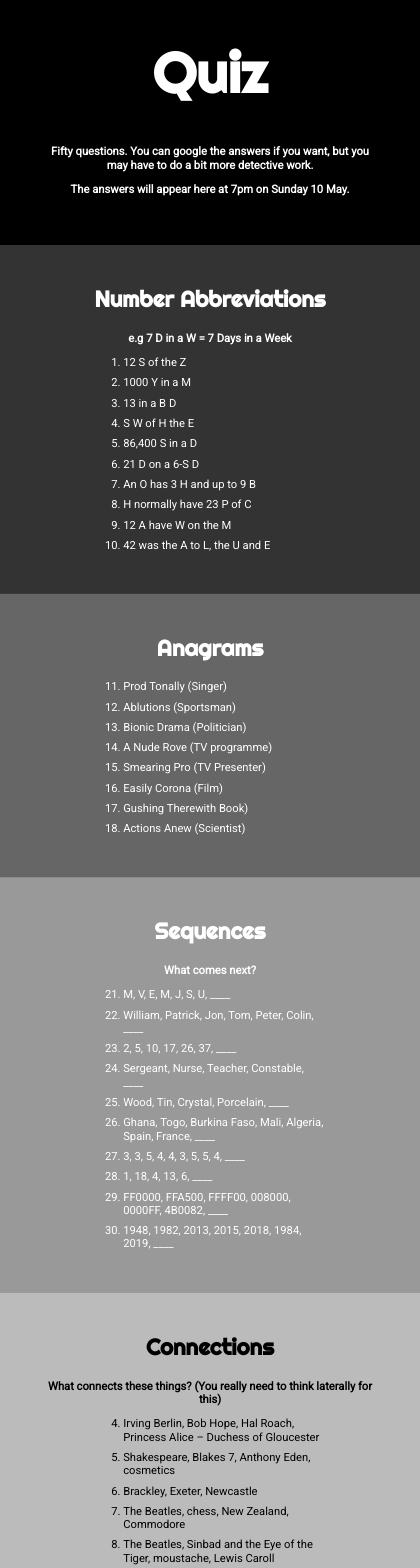
Repository: Domehead123/quiz
Page: index.html
The author's editor kept a record of every edit. The page is drawn from the files as they stood at one moment, then again after the next edit.
The browser window is 600 px wide. The pictures show the part of the page from y = 0 to 2240 px (the page is 4054 px tall before and 8565 px after), at 70% of full size.

Above is the page before.

### index.html
<!DOCTYPE html>
<html lang="en">
<head>
    <meta charset="UTF-8">
    <meta name="viewport" content="width=device-width, initial-scale=1.0">
    <meta http-equiv="X-UA-Compatible" content="ie=edge">
    <link href="https://fonts.googleapis.com/css2?family=Righteous&family=Roboto&display=swap" rel="stylesheet">
    <link rel="stylesheet" href="style.css" type="text/css" />
    <title>Quiz</title>
</head>
<body>

<div class="container">
    <h1>Quiz</h1>
    <p>Fifty questions. You can google the answers if you want, but you may have to do a bit more detective work.</p>
    <p>The answers will appear here at 7pm on Sunday 10 May.</p>
    </div>

    <div class="section one">
        <div class="container">
        <h2>Number Abbreviations</h2>


        <p>e.g 7 D in a W = 7 Days in a Week</p>
        <ol>
        <li>12 S of the Z</li>
<li>1000 Y in a M</li>
<li>13 in a B D</li>
<li>S W of H the E</li>
<li>86,400 S in a D</li>
<li>21 D on a 6-S D</li>
<li>An O has 3 H and up to 9 B</li>
<li>H normally have 23 P of C</li>
<li>12 A have W on the M</li>
<li>42 was the A to L, the U and E</li>
</ol>
        </div>
    </div>

        <div class="section two">
        <div class="container">
        <h2>Anagrams</h2>



        <ol start="11">
        <li>Prod Tonally (Singer)</li>
<li>Ablutions (Sportsman)</li>
<li>Bionic Drama (Politician)</li>
<li>A Nude Rove (TV programme)</li>
<li>Smearing Pro (TV Presenter)</li>
<li>Easily Corona (Film)</li>
<li>Gushing Therewith Book)</li>
<li>Actions Anew (Scientist)</li>

</ol>
        </div>
    </div>


        <div class="section three">
        <div class="container">
              <h2>Sequences</h2>
   <p>What comes next?</p>
        <ol start="21">
        <li>M, V, E, M, J, S, U, ____</li>
 <li>William, Patrick, Jon, Tom, Peter, Colin, ____</li>
 <li>2, 5, 10, 17, 26, 37, ____</li>
 <li>Sergeant, Nurse, Teacher, Constable, ____</li>
 <li>Wood, Tin, Crystal, Porcelain, ____</li>
 <li>Ghana, Togo, Burkina Faso, Mali, Algeria, Spain, France, ____</li>
 <li>3, 3, 5, 4, 4, 3, 5, 5, 4, ____</li>
 <li>1, 18, 4, 13, 6, ____</li>
 <li>FF0000, FFA500, FFFF00, 008000, 0000FF, 4B0082, ____</li>
 <li>1948, 1982, 2013, 2015, 2018, 1984, 2019, ____</li>

</ol>
        </div>
    </div>


        <div class="section four">
        <div class="container">
        <h2>Connections</h2>


        <p>What connects these things? (You really need to think laterally for this)</p>
        <ol start="4">
        <li>Irving Berlin, Bob Hope, Hal Roach, Princess Alice – Duchess of Gloucester</li>
<li>Shakespeare, Blakes 7, Anthony Eden, cosmetics</li>
<li>Brackley, Exeter, Newcastle</li>
<li>The Beatles, chess, New Zealand, Commodore</li>
<li>The Beatles, Sinbad and the Eye of the Tiger, moustache, Lewis Caroll</li>
<li>Argentine, pager, wiki, onager</li>
<li>Laurel and Hardy, Big Brother, Dracula, the Hound of the Baskervilles, Cybernauts, Daleks, Death Star</li>
<li>A berkshire boar, a 1960s TV spy, cognac, a card game</li>
<li>Holly Golightly, FDR, Jim Carrey, Grace Adler</li>
<li>Bombing of Hiroshima, a Serbian-American inventor, Louise Brooks, La Pucelle d'Orléans</li>
</ol>
        </div>
    </div>

        <div class="section five">
        <div class="container">
        <h2>Pictures</h2>


        <p>Who are they?</p>

<div class="image">
    <img src="images/1.jpg">
    <p>41</p>
</div>
<div class="image">
    <img src="images/2.jpg">
    <p>42</p>
</div>
<div class="image">
    <img src="images/3.jpg">
    <p>43</p>
</div>
<div class="image">
    <img src="images/4.jpg">
    <p>44</p>
</div>
<div class="image">
    <img src="images/5.jpg">
    <p>45</p>
</div>
<div class="image">
    <img src="images/6.jpg">
    <p>46</p>
</div>
<div class="image">
    <img src="images/7.jpg">
    <p>47</p>
</div>
<div class="image">
    <img src="images/8.jpg">
    <p>48</p>
</div>
<div class="image">
    <img src="images/9.jpg">
    <p>49</p>
</div>
<div class="image">
    <img src="images/10.jpg">
    <p>50</p>
</div>
        </div>
    </div>


</body>
</html>

### style.css
body {
font-family: 'Roboto', sans-serif;
background: #000;
color: #fff;
margin: 0;
text-align: center;
}

.container {
    width: 80%;
    margin: 0 auto;
}

p {
    font-weight: bold;
}

h1 {
font-family: 'Righteous', cursive;
font-size: 5em;
}

h2 {
font-family: 'Righteous', cursive;
font-size: 2em;
}


.section {
    padding: 30px 0 50px 0;
}

.one {
    background: #333;
    margin-top: 70px;
}

.two {
    background: #666;
}

.three {
    background: #999;
}

.four {
    background: #BBB;
    color: #000;
}

.five {
    background: #eee;
    color: #000;
}


ol {
    width: 60%;
    text-align: left;
    margin: 0 auto;
}

li  {
margin: 10px 0 ;
}

.image {
    width: 30%;
    display: inline-block;
    margin: 20px;
}

.image img {
    max-width: 100%;
}
}

After the next edit:
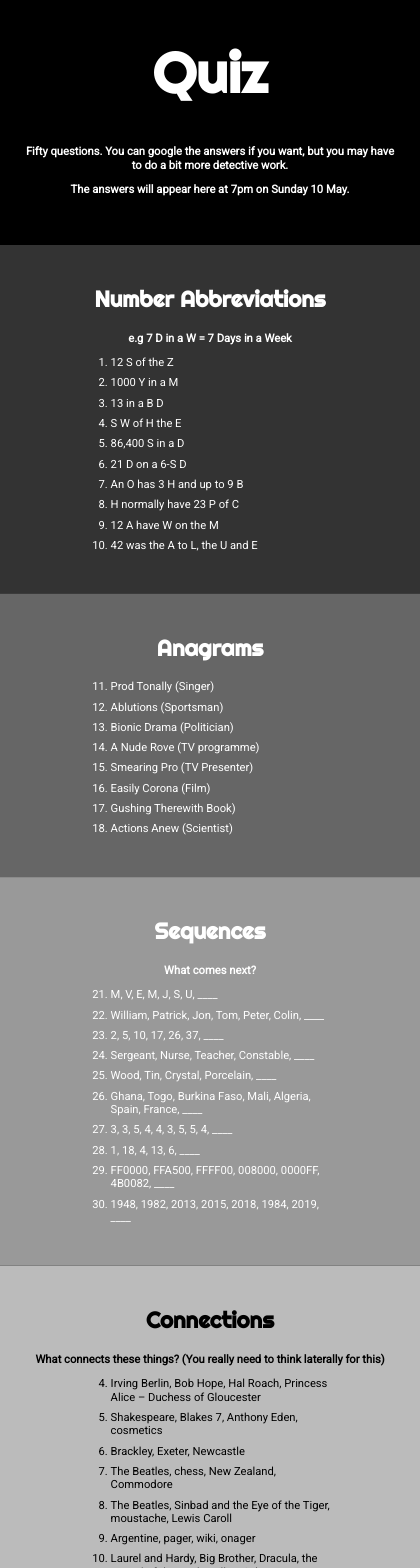
The edit:
--- a/style.css
+++ b/style.css
@@ -73,4 +73,15 @@
 .image img {
     max-width: 100%;
 }
+
+@media only screen and (max-width: 764px) {
+
+ .container {
+     width: 90%;
+ }
+
+ .image {
+     width: 100%;
+     margin: 10px 0;
+ }
 }
